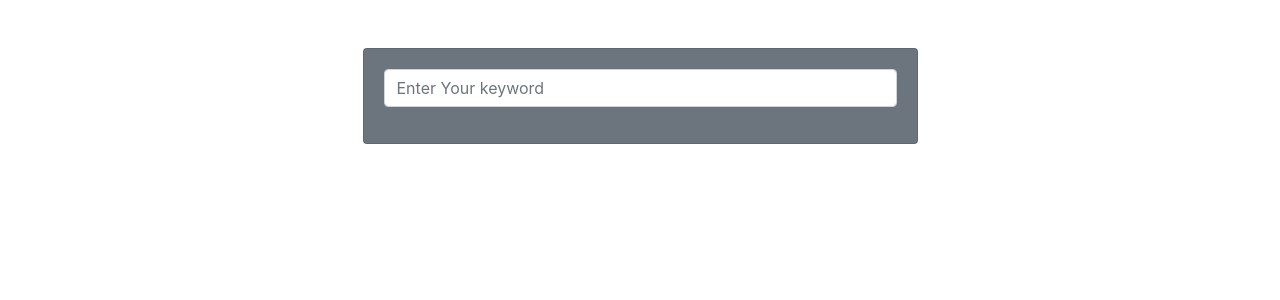
Repository: priyaadya/spring-practice-codes
Page: http://localhost/SearchPageMvc/home
An editor plug-in stored every save of this project. The page is shown before and after the next save, followed by the edit.
The browser window is 1280 px wide. The pictures show the whole page.
Some web libraries are served in a nearby version. The page is served by Tomcat 9.

Above is the page before, as saved 2023-06-04 18:15:26.

### SearchPageMvc/src/main/webapp/WEB-INF/spring-servlet.xml
<?xml version="1.0" encoding="UTF-8"?>
<beans xmlns="http://www.springframework.org/schema/beans"
       xmlns:xsi="http://www.w3.org/2001/XMLSchema-instance"
       xmlns:p="http://www.springframework.org/schema/p"
       xmlns:context="http://www.springframework.org/schema/context"
       xsi:schemaLocation="http://www.springframework.org/schema/beans
            http://www.springframework.org/schema/beans/spring-beans.xsd
            http://www.springframework.org/schema/context
            http://www.springframework.org/schema/context/spring-context-3.0.xsd">



            <context:component-scan base-package="SearchPageMvc"></context:component-scan>

            <bean class="org.springframework.web.servlet.view.InternalResourceViewResolver" name="viewResolver">
            <property name="prefix" value="/WEB-INF/views/"></property>
            <property name="suffix" value=".jsp"></property>
            </bean>


</beans>

### SearchPageMvc/src/main/webapp/WEB-INF/views/home.jsp
<!doctype html>
<html lang="en">
  <head>
    <!-- Required meta tags -->
    <meta charset="utf-8">
    <meta name="viewport" content="width=device-width, initial-scale=1, shrink-to-fit=no">

    <!-- Bootstrap CSS -->
    <link rel="stylesheet" href="https://cdn.jsdelivr.net/npm/bootstrap@4.0.0/dist/css/bootstrap.min.css" integrity="sha384-Gn5384xqQ1aoWXA+058RXPxPg6fy4IWvTNh0E263XmFcJlSAwiGgFAW/dAiS6JXm" crossorigin="anonymous">

    <title>Hello, world!</title>
  </head>
  <body>
 <div class="container">
 <div class="card mx-auto mt-5 bg-secondary" style="width:50%;">
 <div class="card-body">
 <form>
 <div class="form-group">
 <input type="text" name="querybox" placeholder="Enter Your keyword"
 class="form-control">


 </div>

 </form>

 </div>

 </div>


 </div>

    <!-- Optional JavaScript -->
    <!-- jQuery first, then Popper.js, then Bootstrap JS -->
    <script src="https://code.jquery.com/jquery-3.2.1.slim.min.js" integrity="sha384-KJ3o2DKtIkvYIK3UENzmM7KCkRr/rE9/Qpg6aAZGJwFDMVNA/GpGFF93hXpG5KkN" crossorigin="anonymous"></script>
    <script src="https://cdn.jsdelivr.net/npm/popper.js@1.12.9/dist/umd/popper.min.js" integrity="sha384-ApNbgh9B+Y1QKtv3Rn7W3mgPxhU9K/ScQsAP7hUibX39j7fakFPskvXusvfa0b4Q" crossorigin="anonymous"></script>
    <script src="https://cdn.jsdelivr.net/npm/bootstrap@4.0.0/dist/js/bootstrap.min.js" integrity="sha384-JZR6Spejh4U02d8jOt6vLEHfe/JQGiRRSQQxSfFWpi1MquVdAyjUar5+76PVCmYl" crossorigin="anonymous"></script>
  </body>
</html>
</html>

### SearchPageMvc/src/main/java/SearchPageMvc/SearchController.java
package SearchPageMvc;

import org.springframework.stereotype.Controller;
import org.springframework.web.bind.annotation.RequestMapping;

@Controller
public class SearchController {

	@RequestMapping("/home")
	public String home() {

		System.out.println("going to home page");
		return "home";

	}



}

After the next save:
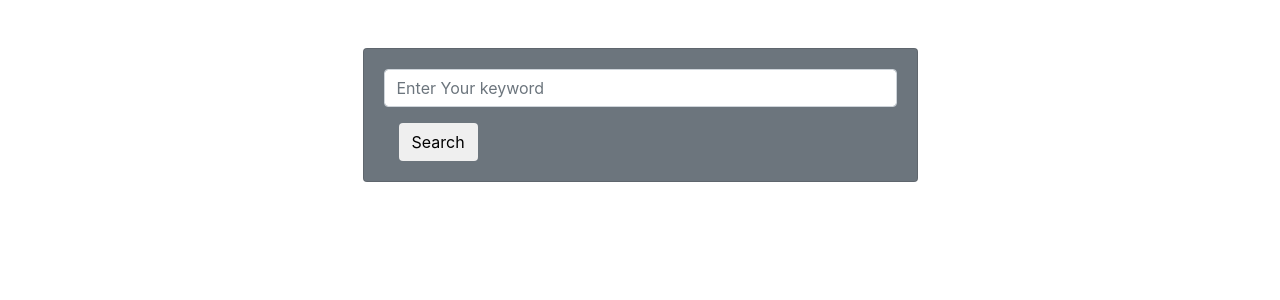
Saved 2 min 5 s later.
--- a/SearchPageMvc/src/main/webapp/WEB-INF/views/home.jsp
+++ b/SearchPageMvc/src/main/webapp/WEB-INF/views/home.jsp
@@ -21,6 +21,10 @@
 
 
  </div>
+ <div class="container">
+ <button class="btn btn-outline-Light">Search</button>
+
+ </div>
 
  </form>
 
